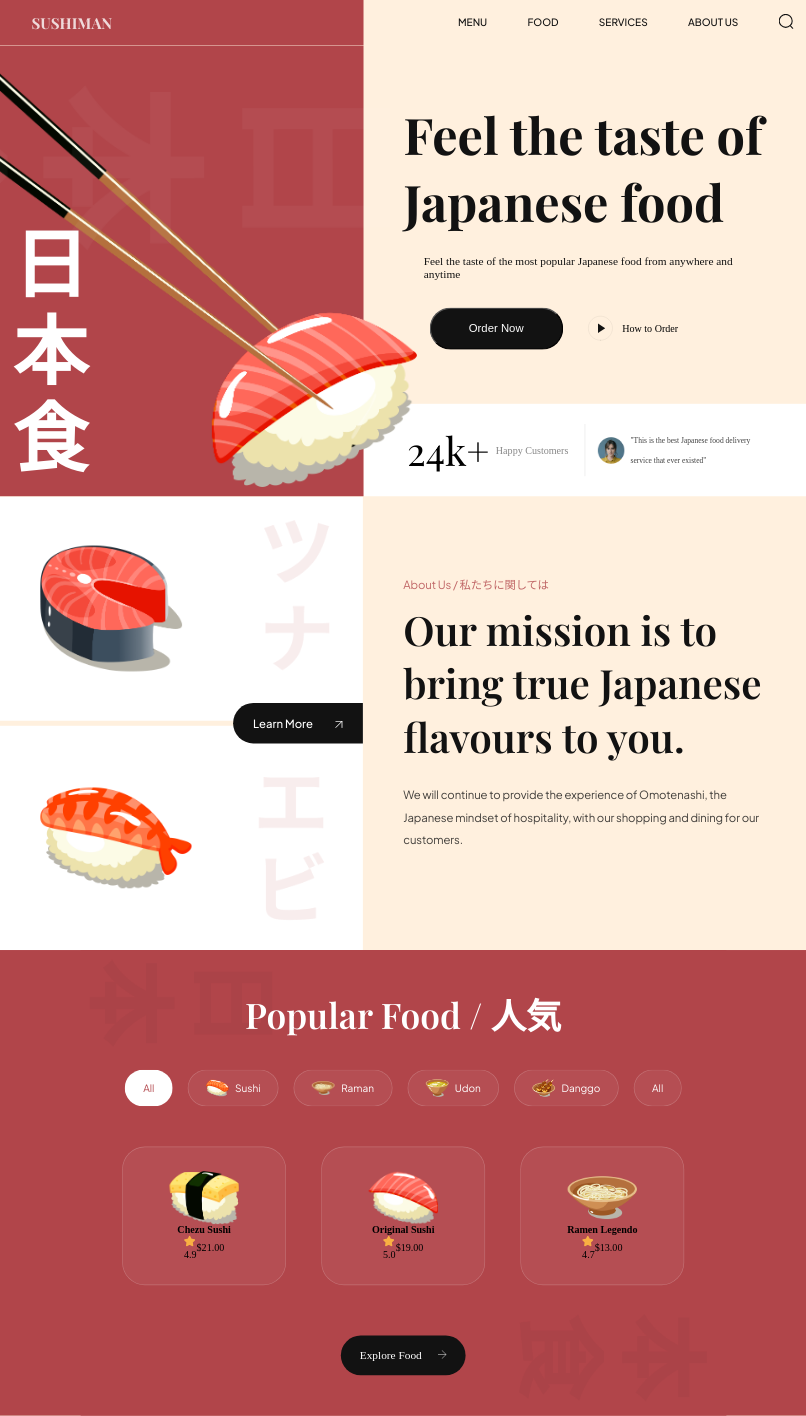
Repository: echoyol/sushiWebsite
Page: index.html
An editor plug-in stored every save of this project. The page is shown before and after the next save, followed by the edit.
The browser window is 1280 px wide. The pictures show the whole page, at 63% of full size.

Above is the page before, as saved 2023-06-05 20:42:24.

### index.html
<!DOCTYPE html>
<html lang="en">
  <head>
    <meta charset="UTF-8" />
    <meta
      http-equiv="X-UA-Compatible"
      content="IE=edge"
    />
    <meta
      name="viewport"
      content="width=device-width, initial-scale=1.0"
    />
    <link
      rel="icon"
      type="image/png"
      href="/public/sushi.png"
    />
    <link
      rel="stylesheet"
      href="/css/style.css"
    />
    <title>Sushiman</title>
  </head>
  <body>
    <header>
      <nav class="header_nav">
        <div class="header__logo">
          <h4>Sushiman</h4>
          <div class="header__logo-overlay"></div>
        </div>
        <ul class="header__menu">
          <li>
            <a href="#menu">Menu</a>
          </li>
          <li>
            <a href="#food">Food</a>
          </li>
          <li>
            <a href="#services">Services</a>
          </li>
          <li>
            <a href="#about-us">About Us</a>
          </li>
          <li>
            <img
              src="assets/search.svg"
              alt="search"
            />
          </li>
        </ul>
        <ul class="header__menu-mobile">
          <li>
            <img
              src="assets/menu.svg"
              alt="menu"
            />
          </li>
        </ul>
      </nav>
    </header>

    <section class="hero">
      <div class="hero-image">
        <img
          src="assets/sushi-1.png"
          alt="sushi"
        />
        <h2>
          日<br />
          本<br />
          食
        </h2>

        <div class="hero-image__overlay"></div>
      </div>

      <div class="hero-content">
        <div class="hero-content-info">
          <h1>Feel the taste of Japanese food</h1>
          <p>
            Feel the taste of the most popular Japanese food from anywhere and
            anytime
          </p>

          <div class="hero-content__buttons">
            <button class="hero-content__order-button">Order Now</button>
            <button class="hero-content__play-button">
              <img
                src="assets/play-circle.svg"
                alt="play"
              />
              How to Order
            </button>
          </div>
        </div>
        <div class="hero-content__testimonial">
          <div class="hero-content__customer flex-center">
            <h4>24<span>k+</span></h4>
            <p>Happy Customers</p>
          </div>

          <div class="hero-content__review">
            <img
              src="assets/user.png"
              alt="user"
            />
            <p>
              "This is the best Japanese food delivery service that ever
              existed"
            </p>
          </div>
        </div>
      </div>
    </section>

    <section
      class="about-us"
      id="about-us"
    >
      <div class="about-us__image">
        <div class="about-us__image-sushi3">
          <img
            src="assets/sushi-3.png"
            alt="sushi"
          />
        </div>

        <button class="about-us__button">
          Learn More

          <img
            src="assets/arrow-up-right.svg"
            alt="learn more"
          />
        </button>

        <div class="about-us__image-sushi2">
          <img
            src="assets/sushi-2.png"
            alt="sushi"
          />
        </div>
      </div>

      <div class="about-us__content">
        <p class="sushi__subtitle">About Us / 私たちに関しては</p>
        <h3 class="sushi__title">
          Our mission is to bring true Japanese flavours to you.
        </h3>
        <p class="sushi__description">
          We will continue to provide the experience of Omotenashi, the Japanese
          mindset of hospitality, with our shopping and dining for our
          customers.
        </p>
      </div>
    </section>

    <section
      class="popular-foods"
      id="menu"
    >
      <h2 class="popular-foods__title">Popular Food / 人気</h2>

      <div class="popular-foods__filters sushi__hide-scrollbar">
        <button class="popular-foods__filter-btn active">All</button>
        <button class="popular-foods__filter-btn">
          <img
            src="assets/sushi-9.png"
            alt="sushi 9"
          />
          Sushi
        </button>
        <button class="popular-foods__filter-btn">
          <img
            src="assets/sushi-8.png"
            alt="sushi 8"
          />
          Raman
        </button>
        <button class="popular-foods__filter-btn">
          <img
            src="assets/sushi-7.png"
            alt="sushi 7"
          />
          Udon
        </button>
        <button class="popular-foods__filter-btn">
          <img
            src="assets/sushi-6.png"
            alt="sushi 6"
          />
          Danggo
        </button>
        <button class="popular-foods__filter-btn">All</button>
      </div>

      <div class="popular-foods__catalogue">
        <article class="popular-foods__card">
          <img
            class="popular-foods__card-image"
            src="assets/sushi-12.png"
            alt="sushi-12"
          />
          <h4 class="popular-foods__card-title">Chezu Sushi</h4>

          <div class="popular-foods__card-details flex-between">
            <div class="popular-foods__card-rating">
              <img
                src="assets/star.svg"
                alt="star"
              />
              <p>4.9</p>
            </div>
            <p class="popular-foods__card-price">$21.00</p>
          </div>
        </article>

        <article class="popular-foods__card active-card">
          <img
            class="popular-foods__card-image"
            src="assets/sushi-11.png"
            alt="sushi-11"
          />
          <h4 class="popular-foods__card-title">Original Sushi</h4>

          <div class="popular-foods__card-details flex-between">
            <div class="popular-foods__card-rating">
              <img
                src="assets/star.svg"
                alt="star"
              />
              <p>5.0</p>
            </div>
            <p class="popular-foods__card-price">$19.00</p>
          </div>
        </article>

        <article class="popular-foods__card">
          <img
            class="popular-foods__card-image"
            src="assets/sushi-10.png"
            alt="sushi-10"
          />
          <h4 class="popular-foods__card-title">Ramen Legendo</h4>

          <div class="popular-foods__card-details flex-between">
            <div class="popular-foods__card-rating">
              <img
                src="assets/star.svg"
                alt="star"
              />
              <p>4.7</p>
            </div>
            <p class="popular-foods__card-price">$13.00</p>
          </div>
        </article>
      </div>

      <button class="popular-foods__button">
        Explore Food
        <img
          src="assets/arrow-right.svg"
          alt="arrow-right"
        />
      </button>
    </section>
    <script
      src="js/script.js"
      type="module"
    ></script>
  </body>
</html>

### css/style.css
@import url('https://fonts.googleapis.com/css2?family=Playfair+Display:wght@400;500;600;700;800;900&display=swap');
@import url('https://fonts.googleapis.com/css2?family=Plus+Jakarta+Sans:wght@200;300;400;500;600;700;800&display=swap');

/* other css file imports */
@import url('sections/header.css');
@import url('sections/hero.css');
@import url('sections/about.css');
@import url('sections/popular.css');
@import url('sections/trending.css');
@import url('sections/subscribe.css');
@import url('sections/footer.css');

/* CSS variables for reusablity across all files (including above imported) */
:root {
  --playfair-display: 'Playfair Display', serif;
  --plus-jakarta-sans: 'Plus Jakarta Sans', sans-serif;

  --primary-color: #b1454a;
  --secondary-color: #121212;

  --black-200: #020202;
  --black-300: #333333;
  --black-400: #1f1e31;
  --black-500: #555555;
  --gray-100: #888888;

  --color-white: #fff;
  --color-creamson: #fff0de;
}

* {
  margin: 0;
  padding: 0;
  box-sizing: border-box;
  scroll-behavior: smooth;
}

body {
  max-width: 1280px;
  margin: 0 auto;
  background-color: var(--color-creamson);
}

a {
  text-decoration: none;
  color: inherit;
}

.flex-center {
  display: flex;
  justify-content: center;
  align-items: center;
}

.flex-between {
  display: flex;
  justify-content: space-between;
  align-items: center;
}

.sushi__subtitle {
  font-size: 18px;
  font-weight: 400;
  font-family: var(--plus-jakarta-sans);

  color: var(--primary-color);
  opacity: 0.8;

  letter-spacing: -0.01em;
}

.sushi__title {
  font-size: 64px;
  font-weight: 600;
  font-family: var(--playfair-display);

  color: var(--secondary-color);

  margin-top: 16px;
}

.sushi__description {
  font-size: 18px;
  font-weight: 400;
  font-family: var(--plus-jakarta-sans);

  line-height: 36px;
  letter-spacing: -0.01em;

  color: var(--secondary-color);
  opacity: 0.8;

  margin: 32px 0px;
}

/* Hide scrollbar for Chrome, Safari and Opera */
.sushi__hide-scrollbar::-webkit-scrollbar {
  display: none;
}

/* Hide scrollbar for IE, Edge and Firefox */
.sushi__hide-scrollbar {
  -ms-overflow-style: none; /* IE and Edge */
  scrollbar-width: none; /* Firefox */
}

/* START: about us media queries */
@media screen and (max-width: 1024px) {
  .about-us {
    flex-direction: column;
  }

  .about-us__image {
    flex-direction: row;
  }

  .about-us__image-sushi3 {
    border-bottom: none;
    border-right: 8px solid var(--color-creamson);
  }

  .about-us__button {
    display: none;
  }
}

@media screen and (max-width: 750px) {
  .about-us__image {
    flex-direction: column;
  }

  .about-us__image-sushi3 {
    border-bottom: 8px solid var(--color-creamson);
    border-right: none;
  }

  .about-us__button {
    display: block;
    top: 47%;
  }
}

@media screen and (max-width: 550px) {
  .about-us__image-sushi2 img,
  .about-us__image-sushi3 img {
    width: 50%;
    height: 160px;

    object-fit: contain;
  }

  .about-us__image div {
    padding: 32px;
  }

  .about-us__button {
    top: 44%;
  }

  .about-us__content {
    padding: 32px;
  }
}
/* END: about us media queries */

/* START: header media querie */
@media screen and (max-width: 900px) {
  .header__nav {
    background: var(--primary-color);
  }

  .header__menu {
    display: none;
  }

  .header__menu-mobile {
    display: flex;
  }
}

@media screen and (max-width: 550px) {
  .header__logo {
    padding-left: 0;
  }
}
/* END: header media queries */

/* START: hero media queries */
@media screen and (max-width: 1060px) {
  .hero {
    flex-direction: column;
  }

  .hero-image img {
    width: 100%;

    transform: matrix(1, 0.05, 0, 1.25, 0, 0) !important;
  }
}

@media screen and (max-width: 750px) {
  .hero-image h2 {
    font-size: 70px;
    line-height: 90px;
  }
}

@media screen and (max-width: 550px) {
  .hero-image h2 {
    font-size: 40px;
    line-height: 60px;
  }

  .hero-content-info {
    padding: 32px;
  }

  .hero-content-info h1 {
    font-size: 60px;
  }

  .hero-content-info p {
    margin: 32px 0;
  }

  .hero-content__buttons {
    margin: 41px 0;
  }

  .hero-content__testimonial {
    padding: 32px;
  }
}
/* END: hero media queries */

/* START: popular media queries */
@media screen and (max-width: 550px) {
  .popular-foods {
    padding: 64px 32px;
  }

  .popular-foods__card,
  .popular-foods__card.active-card {
    min-width: 100%;
  }
}
/* END: popular media queries */

/* START: subscribe media queries */
@media screen and (max-width: 550px) {
  .subscription {
    padding: 64px 32px;
  }

  .subscription h2 {
    font-size: 68px;
    line-height: 100px;
  }

  .subscription__form {
    flex-direction: column;
    gap: 20px;

    min-width: 100%;
    border-radius: 20px;
    padding: 0;

    border: none;
  }

  .subscription__form input {
    min-height: 50px;

    border: 1px solid rgba(255, 255, 255, 0.5);
    padding: 10px 20px;
    border-radius: 30px;
  }

  .subscription__form button {
    min-width: 100%;
  }
}
/* END: subscribe media queries */

/* START: trending media queries */
@media screen and (max-width: 1024px) {
  .trending-sushi {
    flex-direction: column;
  }

  .trending-drink {
    flex-direction: column-reverse;
  }

  .trending__image {
    width: 100%;
    background-size: cover;
  }

  .trending__discover {
    display: none;
  }

  .trending__arrow {
    display: none;
  }
}

@media screen and (max-width: 550px) {
  .trending__image img {
    width: 70%;
    height: 70%;
  }

  .trending__content {
    padding: 32px;
  }
}
/* END: trending media queries */

### js/script.js
// import AOS from 'aos'
// import 'aos/dist/aos.css'

// // init AOS animation
// AOS.init({
//   duration: 1000,
//   offset: 100,
// })

### css/sections/header.css
.header_nav {
  display: flex;
  overflow: hidden;
}

.header__logo {
  flex: 1;
  display: flex;
  position: relative;
  padding: 20px;
}

.header__logo-overlay {
  position: absolute;
  inset: 0;
  width: 100%;
  background-color: var(--primary-color);
  z-index: -1;
}

.header__logo h4 {
  padding-left: 30px;
  font-weight: 700;
  font-size: 24px;
  text-transform: uppercase;
  font-family: var(--playfair-display);
  color: #fff;
  opacity: 0.8;
}

.header__menu,
.header__menu-mobile {
  padding: 20px;
  flex: 1.236;
  display: flex;
  align-items: center;
  justify-content: flex-end;
  gap: 64px;

  list-style: none;
}

.header__menu li {
  font-weight: 500;
  font-family: var(--plus-jakarta-sans);
  color: var(--secondary-color);
  font-size: 16px;
  text-transform: uppercase;
  line-height: 20px;
  cursor: pointer;
}

.header__menu li img {
  width: 24px;
  height: 24px;
  object-fit: contain;
}

.header__menu-mobile {
  display: none;
  gap: 20px;
  position: relative;
}

### css/sections/hero.css
.hero {
  display: flex;
  min-height: calc(100vh-74px);
  overflow: hidden;
}

.hero-image {
  flex: 1;
  display: flex;
  flex-direction: column;
  position: relative;
  z-index: 5;
}

.hero-image img {
  width: 120%;
  height: 100%;
  object-fit: contain;
}

.hero-image__overlay {
  position: absolute;
  inset: 0;
  width: 100%;
  background-color: var(--primary-color);
  z-index: -1;
}

.hero-image h2 {
  position: absolute;
  bottom: 0;
  padding: 20px;
  font-family: var(--playfair-diaplay);
  font-weight: 700;
  font-size: 120px;
  line-height: 138px;
  color: #fff;
}

.hero-content {
  flex: 1.22;
  display: flex;
  justify-content: space-between;
  flex-direction: column;
}

.hero-content-info {
  padding: 64px;
  flex: 1;
  display: flex;
  justify-content: center;
  flex-direction: column;
}

.hero-content-info h1 {
  font-size: 80px;
  font-weight: 600px;
  font-family: var(--playfair-display);
  color: var(--secondary-color);
}

.hero-content-info p {
  margin: 32px 0 0 32px;
  font-family: var(--plus-jakarta-sana);
  color: var(--secondary-color);
  font-size: 18px;
  font-weight: 400;
}

.hero-content__buttons {
  margin: 41px 0 0 41px;
  display: flex;
  flex-wrap: wrap;
  gap: 36px;
}

.hero-content__order-button {
  padding: 20px;
  border-radius: 36px;
  min-width: 212px;
  outline: none;
  background-color: var(--secondary-color);
  cursor: pointer;
  color: #fff;
  font-weight: 500;
  font-size: 18px;
  line-height: 23px;
}

.hero-content__play-button {
  border: none;
  outline: none;
  background: transparent;

  display: flex;
  align-items: center;

  font-size: 16px;
  line-height: 19px;
  color: var(--black-200);
  font-family: var(--plus-jakarta-sana);

  cursor: pointer;
}

.hero-content__play-button img {
  margin-right: 12px;

  width: 46px;
  height: 46px;
  object-fit: contain;
}

.hero-content__testimonial {
  padding: 32px 64px;

  display: flex;
  flex-wrap: wrap;
  gap: 20px;

  background: var(--color-white);
}

.hero-content__customer {
  flex: 1;
  gap: 10px;
}

.hero-content__customer h4 {
  font-size: 62px;
  font-weight: 400;
  font-family: var(--playfair-display);
}

.hero-content__customer p {
  font-size: 16px;
  font-weight: 400;
  font-family: var(--plus-jakarta-sana);
  color: var(--secondary-color);
  opacity: 0.5;
}

.hero-content__review {
  flex: 1;
  display: flex;
  align-items: center;
  gap: 10px;

  padding-left: 20px;
  border-left: 1px solid rgba(2, 2, 2, 0.1);
  min-width: 200px;
}
.hero-content__review img {
  width: 42px;
  height: 42px;
  object-fit: contain;
}

.hero-content__review p {
  font-size: 12px;
  font-weight: 400;
  line-height: 32px;
  font-family: var(--plus-jakarta-sana);
  color: var(--secondary-color);
  opacity: 0.8;
}

### css/sections/about.css
.about-us {
  display: flex;
  min-height: 720px;
  overflow: hidden;
}

.about-us__image {
  flex: 1;
  display: flex;
  flex-direction: column;
  justify-content: center;

  background: var(--color-white);

  position: relative;
}

.about-us__image div {
  padding: 32px 64px;

  flex: 1;
  display: flex;
  align-items: center;

  background-position: center;
  background-repeat: no-repeat;
  background-size: contain;
}

.about-us__image-sushi3 {
  border-bottom: 8px solid var(--color-creamson);

  background-image: url('../../assets/about_bg1.png');
}

.about-us__image-sushi2 {
  background-image: url('../../assets/about_bg2.png');
}

.about-us__image-sushi3 img {
  width: 225px;
  height: 200px;
}

.about-us__image-sushi2 img {
  width: 240px;
  height: 160px;
}

.about-us__button {
  position: absolute;
  right: 0;

  padding: 12px 32px;
  min-height: 64px;

  background: var(--secondary-color);
  border-radius: 32px 0 0 32px;
  border: 0;
  outline: 0;

  color: #fff;
  font-family: var(--plus-jakarta-sans);
  font-weight: 500;
  font-size: 18px;
  line-height: 23px;
  cursor: pointer;
}

.about-us__button img {
  object-fit: contain;
  margin-left: 32px;
}

.about-us__content {
  padding: 64px;

  flex: 1;
  display: flex;
  justify-content: center;
  flex-direction: column;
}

### css/sections/popular.css
.popular-foods {
  padding: 64px;

  display: flex;
  flex-direction: column;

  background-color: var(--primary-color);
  background-image: url('../../assets/popular_bg.png');
  background-position: center;
  background-repeat: no-repeat;
  background-size: contain;

  overflow: hidden;
}

.popular-foods__title {
  font-size: 56px;
  font-family: var(--playfair-display);
  font-weight: 600;
  line-height: 78px;
  color: #fff;
  text-align: center;
}

.popular-foods__filters {
  margin-top: 48px;
  max-width: 100%;
  overflow-x: auto;

  display: flex;
  justify-content: center;
  gap: 24px;
}

.popular-foods__filter-btn {
  padding: 10px 28px;

  display: flex;
  flex-direction: row;
  align-items: center;
  gap: 10px;

  background: rgba(255, 255, 255, 0.05);
  border: 1px solid rgba(255, 255, 255, 0.2);
  border-radius: 46px;

  font-size: 16px;
  font-weight: 300px;
  line-height: 25px;
  font-family: var(--plus-jakarta-sans);
  color: #fff;
  cursor: pointer;
}

.popular-foods__filter-btn img {
  width: 36px;
  height: 36px;
  object-fit: contain;
}

.popular-foods__filter-btn.active {
  background-color: #fff;
  color: var(--primary-color);
}

.popular-foods__filter-btn:hover {
  background-color: #fff;
  color: var(--primary-color);
}

.popular-foods__catalogue {
  margin-top: 64px;

  display: flex;
  justify-content: center;
  align-items: flex-end;
  flex-wrap: wrap;
  gap: 56px;
}

.popular-foods__button {
  width: fit-content;

  padding: 20px 30px;
  margin: 80px auto 0;

  font-weight: 500;
  font-size: 18px;
  line-height: 23px;
  font-family: var(--secondary-color);
  color: #fff;

  border: none;
  outline: none;
  background: var(--secondary-color);
  border-radius: 64px;
  cursor: pointer;
}

.popular-foods__button img {
  width: 14px;
  height: 14px;
  object-fit: contain;

  margin-left: 21px;
}

.popular-foods__card {
  padding: 38px;
  min-width: 260px;
  height: fit-content;

  display: flex;
  align-items: center;
  flex-direction: column;

  border-radius: 36px;
  background: rgba(255, 255, 255, 0.05);
  border: 1px solid rgba(255, 255, 255, 0.2);
}

.popular-foods__card-image {
  width: 110px;
  height: 84px;
  object-fit: contain;
}

Loaded but not shown: css/sections/trending.css (no stored copy; drawn as an empty file); css/sections/subscribe.css (no stored copy; drawn as an empty file); css/sections/footer.css (no stored copy; drawn as an empty file)

After the next save:
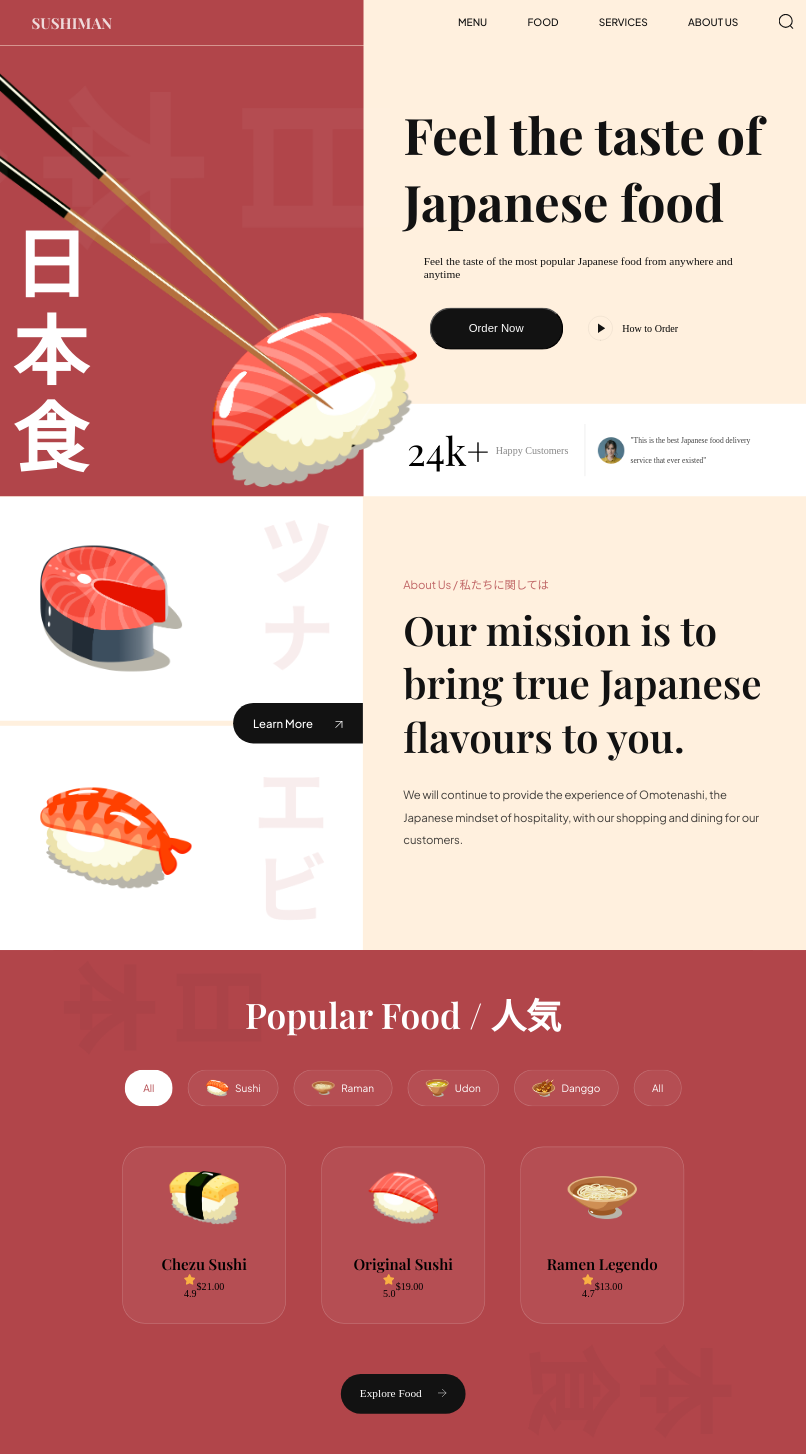
Saved 76 s later.
--- a/css/sections/popular.css
+++ b/css/sections/popular.css
@@ -124,3 +124,12 @@
   height: 84px;
   object-fit: contain;
 }
+
+.popular-foods__card-title {
+  margin-top: 47px;
+
+  font-weight: 600;
+  font-size: 24px;
+  line-height: 32px;
+  font-family: var(--playfair-display);
+}
